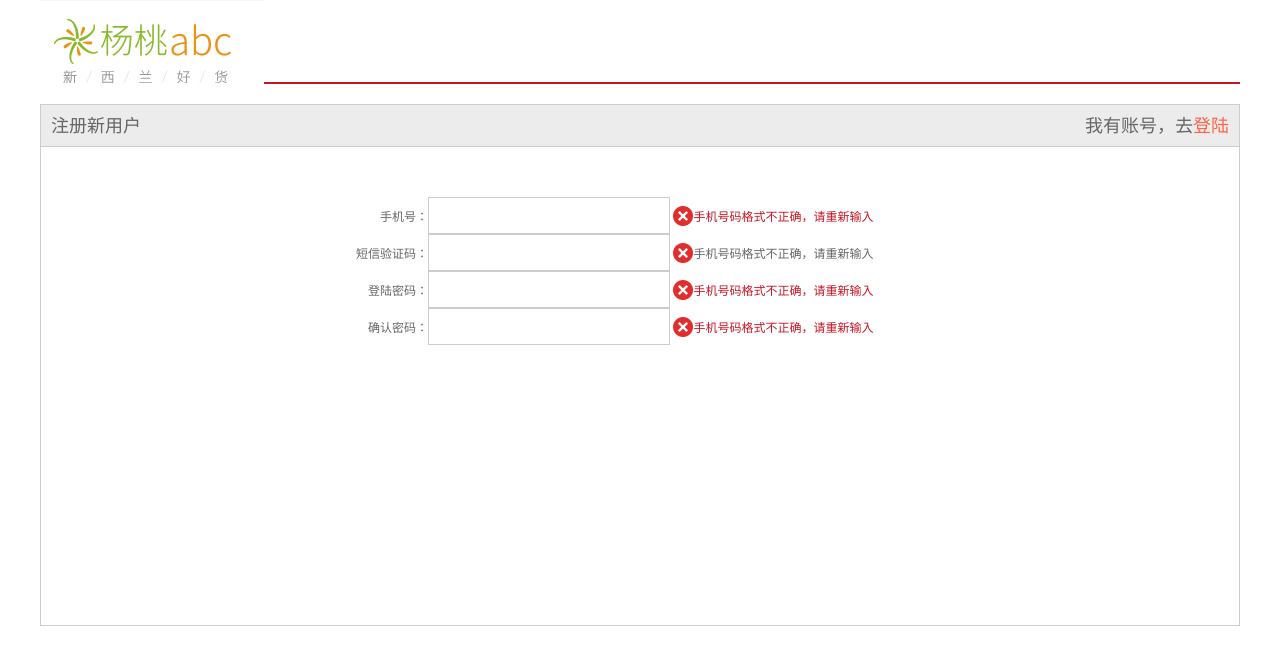
Repository: Jasonlee6789/shoppingWeb
Page: register.html
These files come from the project's save history. The page is drawn as it stood at one moment and after the next save; the edit follows.
The browser window is 1280 px wide. The pictures show the whole page.

Above is the page before, as saved 2020-05-29 13:23:10.

### register.html
<!DOCTYPE html>
<html lang="en">

<head>
    <meta charset="UTF-8">
    <meta name="viewport" content="width=device-width, initial-scale=1.0">
    <title>SignIN</title>
    <link rel="shortcut icon" href="favicon.ico" />
    <link rel="stylesheet" href="css/base.css">
    <link rel="stylesheet" href="css/register.css">
</head>

<body>
    <div class="w">
        <header>
            <div class="logo">
                <a href="index.html"><img src="images/logo.png" alt=""></a>
            </div>
        </header>
        <div class="registerarea">
            <h3>注册新用户
                <div class="login">我有账号，去<a href="#">登陆</a></div>
            </h3>
            <div class="reg_form">
                <ul>
                    <li><label for="">手机号：</label><input type="text">
                        <span class="error"><i class="error_icon"></i>手机号码格式不正确，请重新输入</span></li>
                    <li><label for="">短信验证码：</label><input type="text">
                        <span class="success"><i class="error_icon"></i>手机号码格式不正确，请重新输入</span></li>
                    <li><label for="">登陆密码：</label><input type="text">
                        <span class="error"><i class="error_icon"></i>手机号码格式不正确，请重新输入</span></li>
                    <li><label for="">确认密码：</label><input type="text">
                        <span class="error"><i class="error_icon"></i>手机号码格式不正确，请重新输入</span></li>
                </ul>
            </div>
        </div>
        <footer></footer>
    </div>
</body>

</html>

### css/base.css
* {
    margin: 0;
    padding: 0;
    box-sizing: border-box;
}

em,
i {
    font-style: normal
}

li {
    list-style: none
}

img {
    border: 0;
    vertical-align: middle;
}

button {
    cursor: pointer;
}

a {
    color: #666;
    text-decoration: none;
}

a:hover {
    color: #c81623;
}



button,
input {
    font-family: -apple-system, BlinkMacSystemFont, 'Segoe UI', Roboto, Oxygen, Ubuntu, Cantarell, 'Open Sans', 'Helvetica Neue', sans-serif;
    border: 0;
    outline: none;
}

body {
    -webkit-font-smoothing: antialiased;
    background-color: #fff;
    color: #666;
    font: 12px/1.5 -apple-system, BlinkMacSystemFont, 'Segoe UI', Roboto, Oxygen, Ubuntu, Cantarell, 'Open Sans', 'Helvetica Neue', sans-serif;
}

.hide,
.none {
    display: none
}

/* 清除浮动 */
.clearfix:after {
    visibility: hidden;
    clear: both;
    display: block;
    content: ".";
    height: 0
}

.clearfix {
    zoom: 1
}

### css/register.css
/* 版心 */
.w {
    width: 1200px;
    margin: 0 auto;
}

header {
    height: 84px;
    border-bottom: 2px solid #c81523;
}

.logo {
    /* padding-top: 10px; */
}

.registerarea {
    height: 522px;
    border: 1px solid #ccc;
    margin-top: 20px;
}

.registerarea h3 {
    height: 42px;
    border-bottom: 1px solid #ccc;
    background-color: #ececec;
    line-height: 42px;
    padding: 0 10px;
    font-size: 18px;
    font-weight: 400;
}

.login {
    float: right;
}

.login a {
    color: tomato;
}

.reg_form {
    width: 600px;
    /* background-color: pink; */
    margin: 50px auto 0;
}

.reg_form ul li label {
    display: inline-block;
    width: 88px;
    text-align: right;
}

.reg_form ul li input {
    width: 242px;
    height: 37px;
    border: 1px solid #ccc;
}

.error {
    color: #c81523;
}

.error_icon {
    display: inline-block;
    vertical-align: middle;
    width: 20px;
    height: 20px;
    background: url(../images/error.png) no-repeat;
    margin-top: -2px;
}

After the next save:
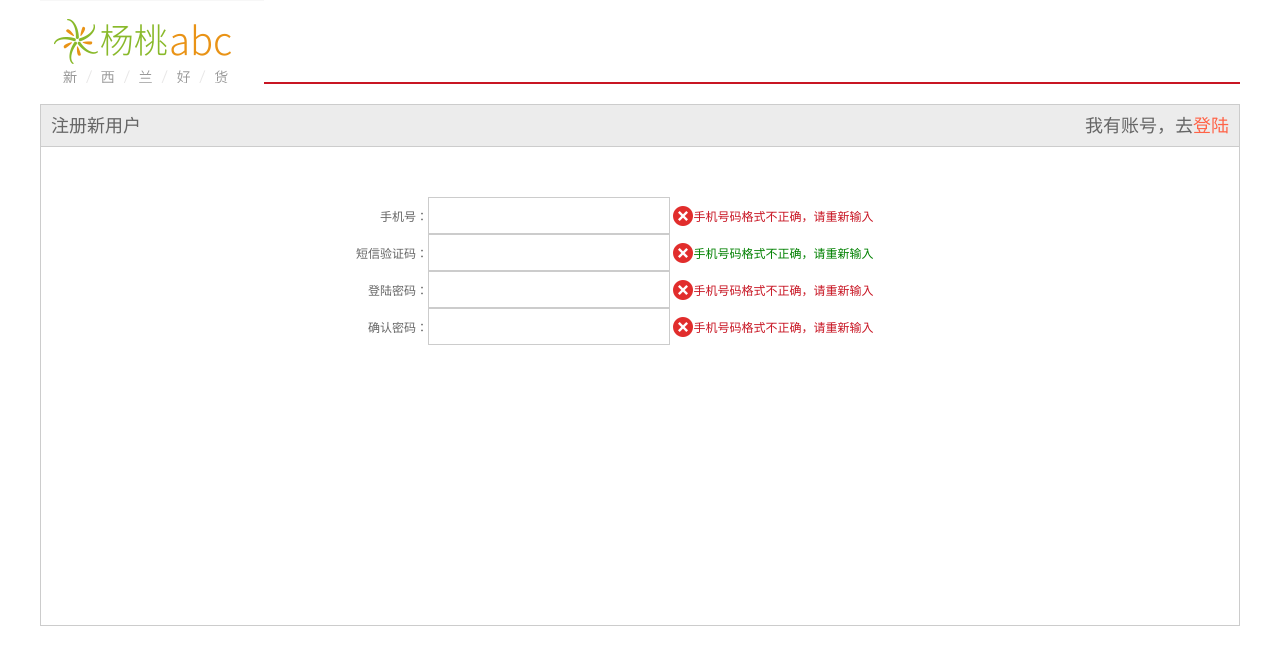
Saved 17 s later.
--- a/css/register.css
+++ b/css/register.css
@@ -67,3 +67,7 @@
     background: url(../images/error.png) no-repeat;
     margin-top: -2px;
 }
+
+.success {
+    color: green;
+}
